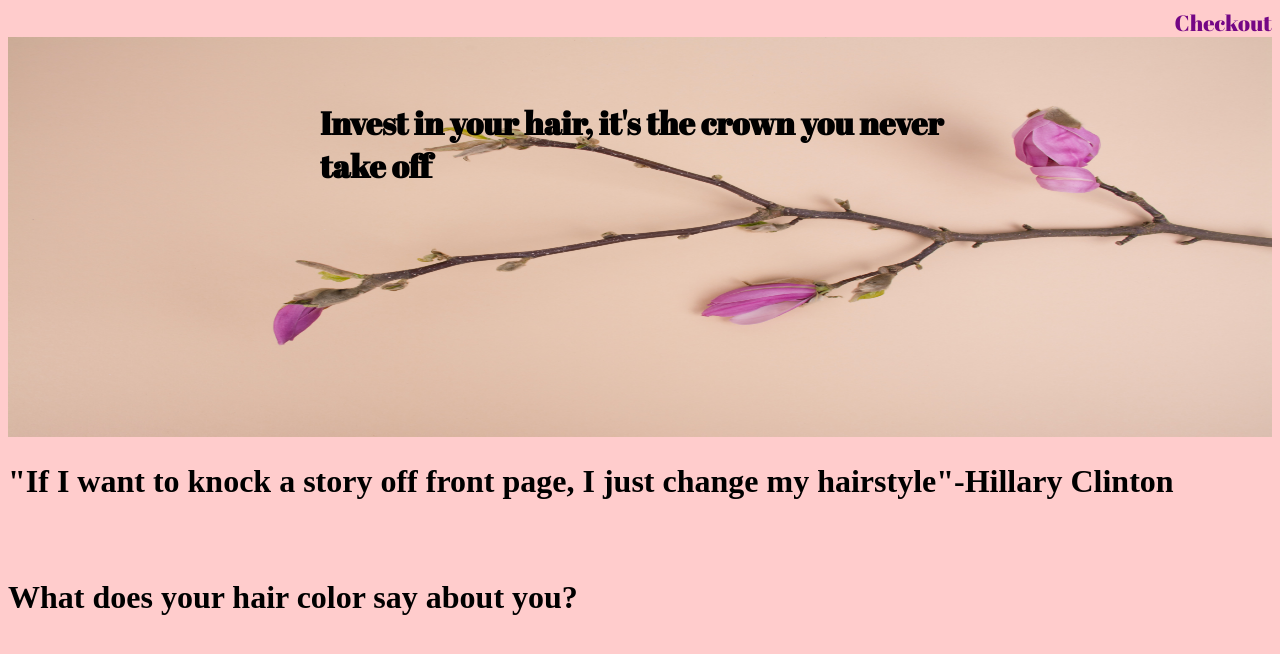
Repository: aarushi-07/Hair-and-Spa-booking-system
Page: http://localhost/salon/WEB-INF/jsp/hair.jsp
These files come from the project's save history. The page is drawn as it stood at one moment and after the next save; the edit follows.
The browser window is 1280 px wide. The pictures show the whole page.
The page is served by Tomcat 9. Nobody is signed in. The template is opened directly, without the code that normally fills it, so the values that code supplies are empty.

Above is the page before, as saved 2020-07-10 07:50:56.

After the next save:
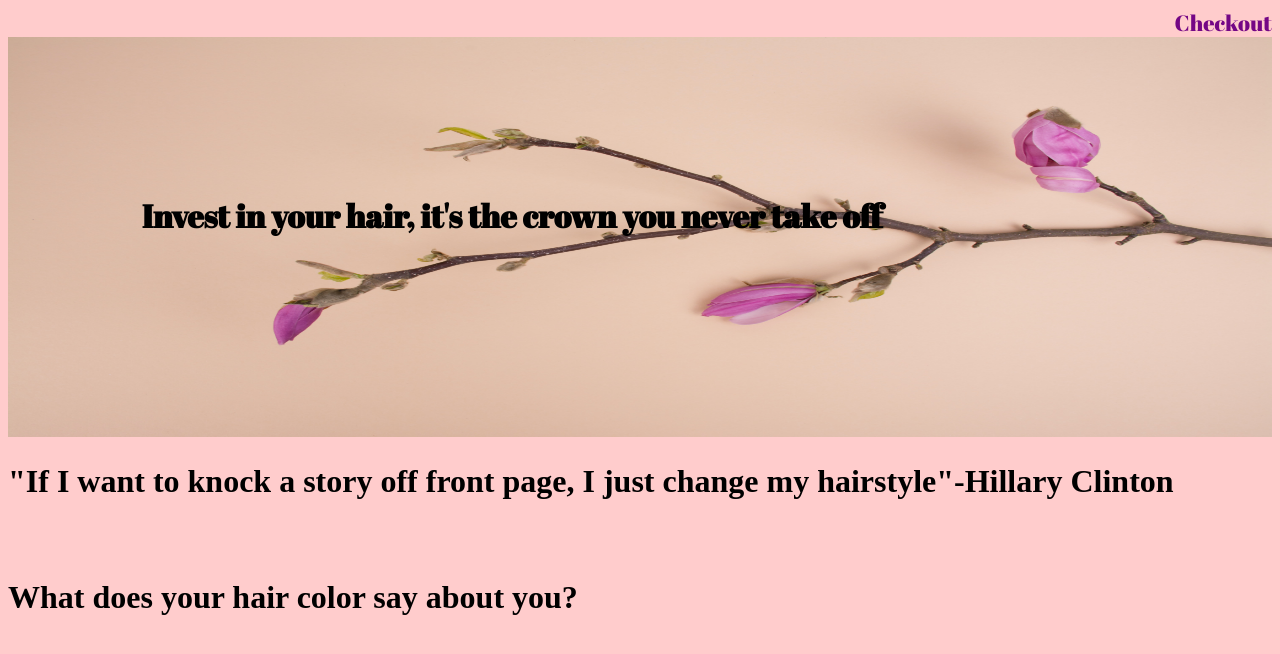
Saved 8 s later.
--- a/salon/src/main/webapp/WEB-INF/jsp/hair.jsp
+++ b/salon/src/main/webapp/WEB-INF/jsp/hair.jsp
@@ -49,7 +49,7 @@ th {
 
 	<div class="abril">
 	<img src="../resources/images/bg.jpg" width=100% height=400px>
-	<div class="centered"><h1> Invest in your hair, it's the crown you never
+	<div class="centeredHair"><h1> Invest in your hair, it's the crown you never
 		take off </h1></div>
 	</div>
 
